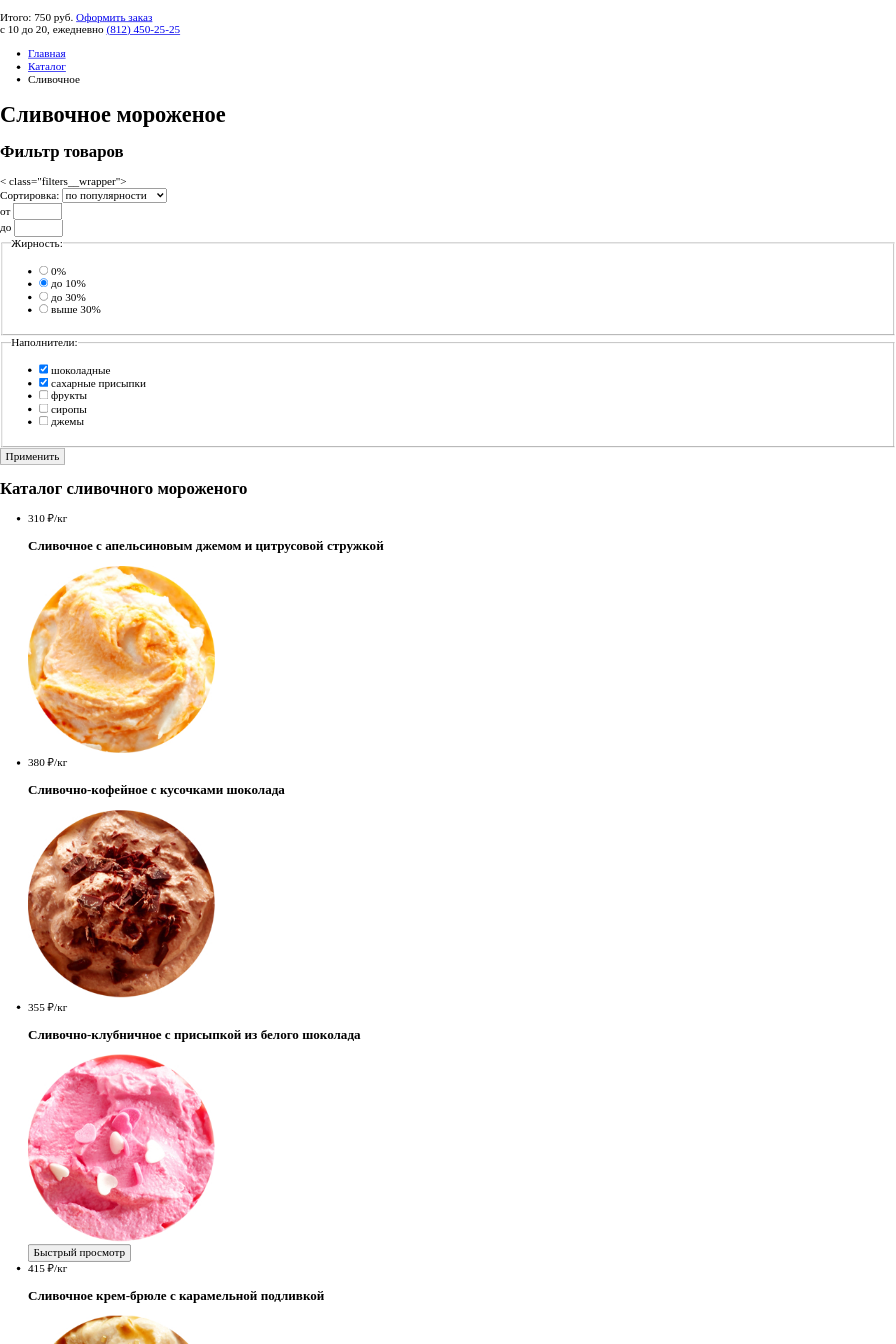
Repository: Insolent13/ice-cream-shop
Page: catalog.html
An editor plug-in stored every save of this project. The page is shown before and after the next save, followed by the edit.
The browser window is 1280 px wide. The pictures show the part of the page from y = 1362 to 3282 px (the page is 6882 px tall before and 6863 px after), at 70% of full size.

Above is the page before, as saved 2023-12-18 02:02:57.

After the next save:
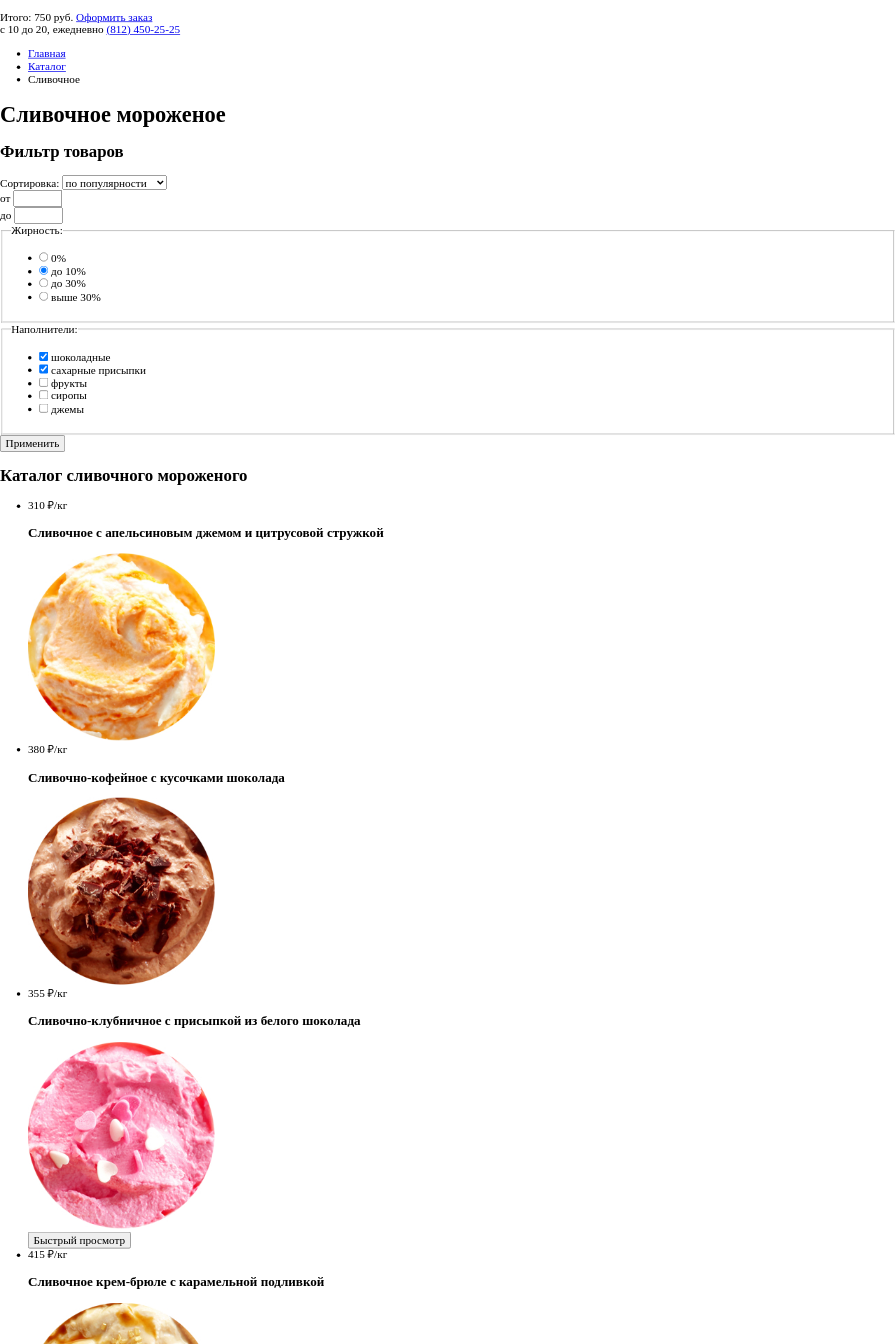
Saved 2 min 54 s later.
--- a/catalog.html
+++ b/catalog.html
@@ -182,7 +182,7 @@
       <section class="filters">
         <h2 class="filters__title">Фильтр товаров</h2>
         <form class="filters__form" action="https://echo.htmlacademy.ru" method="get">
-          < class="filters__wrapper">
+          <d class="filters__wrapper">
             <div class="filters__item">
               <label class="filters__item-label" for="sorting">Сортировка:</label>
               <select class="filters__item-select" name="sorting" id="sorting">
